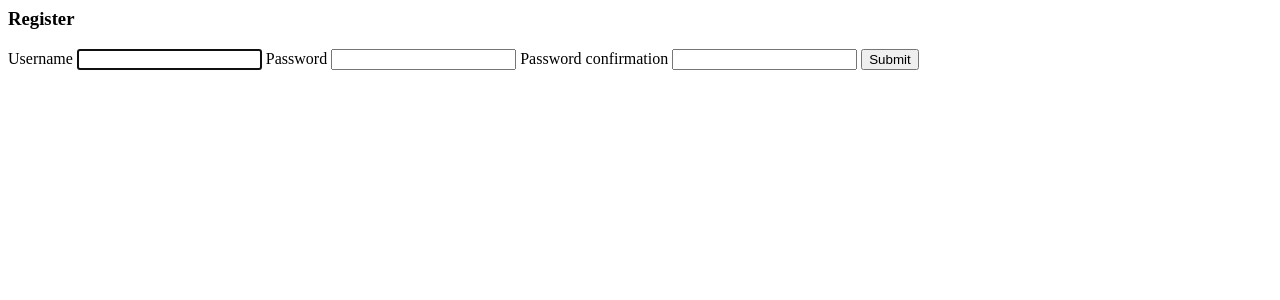
Repository: rohollah-naghipour/Login-form
Page: http://localhost/register/
An editor plug-in stored every save of this project. The page is shown before and after the next save, followed by the edit.
The browser window is 1280 px wide. The pictures show the whole page.
The page is served by the project's application, run on Django 5.2 (manage.py). Other server files are loaded and not shown.

Above is the page before, as saved 2024-12-04 17:44:50.

### users/templates/register.html

<h3> Register </h3>


<form method="POST" action="">
    {% csrf_token %}
    {{form.username.label}}
    {{form.username}}

    {{form.email.label}}
    {{form.email}}

    {{form.password1.label}}
    {{form.password1}}

    {{form.password2.label}}
    {{form.password2}}

    <input type="submit" name = "Create User">
</form>

### users/forms.py
from django.contrib.auth.forms import UserCreationForm

from .models import User


class CreateUserForm(UserCreationForm):
    class meta:
        model = User
        fields = ['username', 'email', 'password']

### users/views.py
from django.shortcuts import render, redirect
from django.http import HttpResponse
from django.forms import inlineformset_factory
from django.contrib.auth.forms import UserCreationForm

from .models import User
from .forms import CreateUserForm


def registerPage(request):
    form = CreateUserForm()

    if request == 'POST':
        form = CreateUserForm(request.POST)
        if form.is_valid():
            form.save()
            print("user created OK 200 ")
        if not form.is_valid():
            print(form.errors)

    context = {'form': form}
    return render(request, 'register.html', context)



def loginPage(request):
    context = {}
    return render(request, 'login.html', context)

### Login_form/urls.py


from django.contrib import admin
from django.urls import path, include


urlpatterns = [
    path('admin/', admin.site.urls),
    path('', include('users.urls')),
]

### users/urls.py
from django.urls import path
from . import views


urlpatterns = [
    path('register/', views.registerPage ,name = 'register'),
    path('login/', views.loginPage, name = 'login')
]

After the next save:
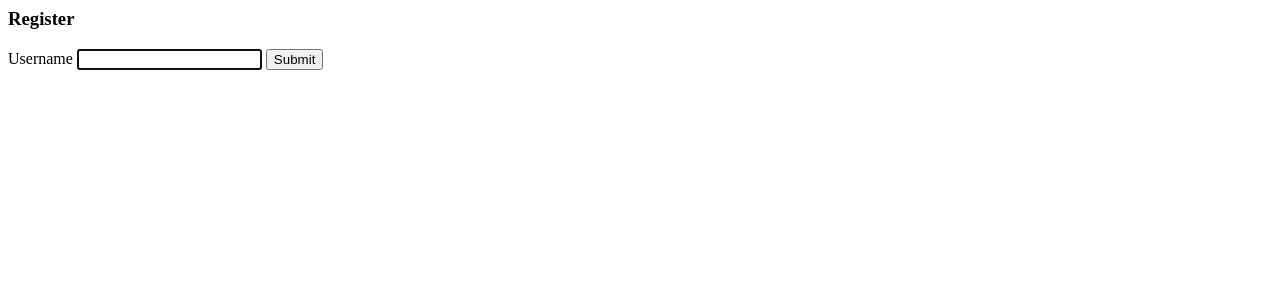
Saved 35 s later.
--- a/users/templates/register.html
+++ b/users/templates/register.html
@@ -10,11 +10,8 @@
     {{form.email.label}}
     {{form.email}}
 
-    {{form.password1.label}}
-    {{form.password1}}
-
-    {{form.password2.label}}
-    {{form.password2}}
+    {{form.password.label}}
+    {{form.password}}
 
     <input type="submit" name = "Create User">
 </form>
